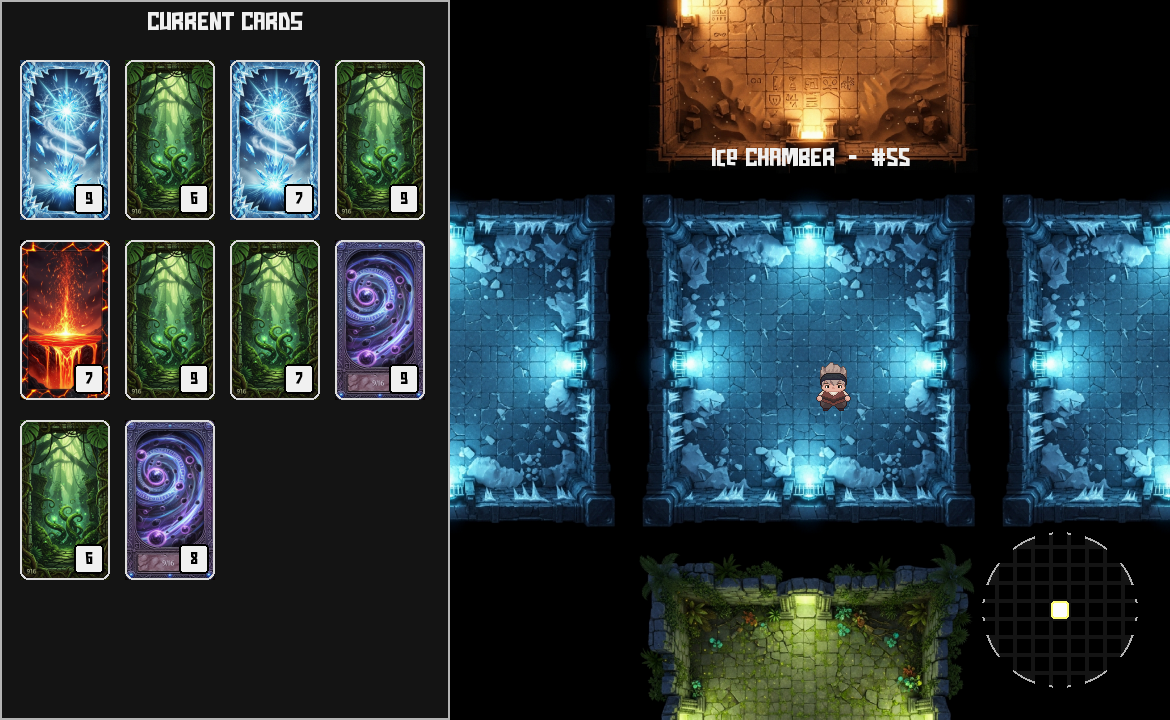
Repository: MehediMim/GateBound
Script's output: python main.py
An editor plug-in stored every save of this project. The script's output is shown before and after a run of saves, followed by the edit.
The window is shown after at most 60 frames with no key pressed. Random numbers start from a fixed seed. It also reads assets/bg_arcane.png, assets/bg_desert.png, assets/bg_ice.png, assets/bg_jungle.png, assets/bg_volcanic.png, assets/card_arcane.jpeg, assets/card_desert.jpeg, assets/card_ice.jpeg, assets/card_jungle.jpeg, assets/card_volcanic.jpeg, assets/player_idle.png, assets/player_walk.png and 1 more files.

Above is the script's output before, as saved 2026-01-27 00:13:02.

After the next 2 saves:
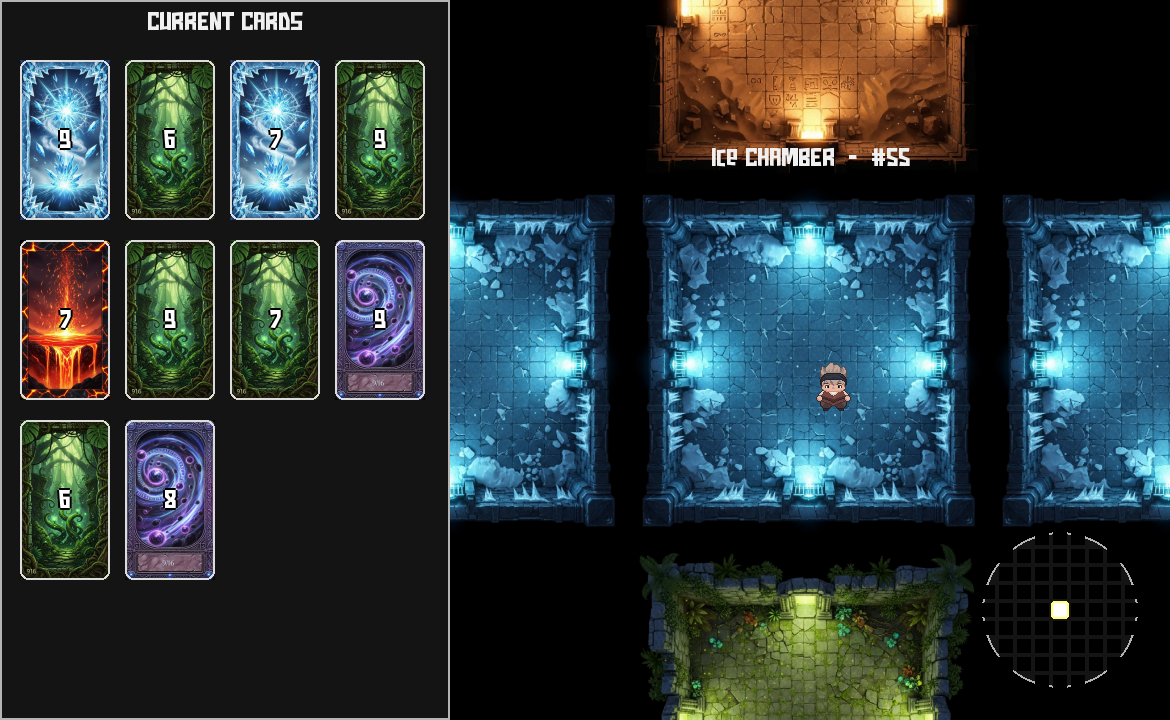
The 2 saves are shown as one change because they came seconds apart.
The last was saved 3 min 28 s later.
--- a/main.py
+++ b/main.py
@@ -512,33 +512,25 @@ def draw_cards():
         )
 
 
-        # 🔥 POWER BADGE (BOTTOM-RIGHT)
-        power_text = retro_small.render(str(c["power"]), True, (0, 0, 0))
-        badge_size = 30
-        badge_x = x + CARD_WIDTH - badge_size - 6
-        badge_y = y + CARD_HEIGHT - badge_size - 6
-
-        pygame.draw.rect(
-            screen,
-            (240, 240, 240),
-            (badge_x, badge_y, badge_size, badge_size),
-            border_radius=4
-        )
-        pygame.draw.rect(
-            screen,
-            (0, 0, 0),
-            (badge_x, badge_y, badge_size, badge_size),
-            2,
-            border_radius=4
-        )
-
-        screen.blit(
-            power_text,
-            (
-                badge_x + (badge_size - power_text.get_width()) // 2,
-                badge_y + (badge_size - power_text.get_height()) // 2
-            )
-        )
+        # BIG POWER IN CENTER
+        power_str = str(c["power"])
+
+        # outline (black border)
+        power_outline = retro_font.render(power_str, True, (0, 0, 0))
+        power_text = retro_font.render(power_str, True, (255, 255, 255))
+
+        px = x + CARD_WIDTH // 2 - power_text.get_width() // 2
+        py = y + CARD_HEIGHT // 2 - power_text.get_height() // 2
+
+        # draw outline (4 directions)
+        screen.blit(power_outline, (px - 2, py))
+        screen.blit(power_outline, (px + 2, py))
+        screen.blit(power_outline, (px, py - 2))
+        screen.blit(power_outline, (px, py + 2))
+
+        # draw main text
+        screen.blit(power_text, (px, py))
+
 
 
 def get_free_gate_dir():
